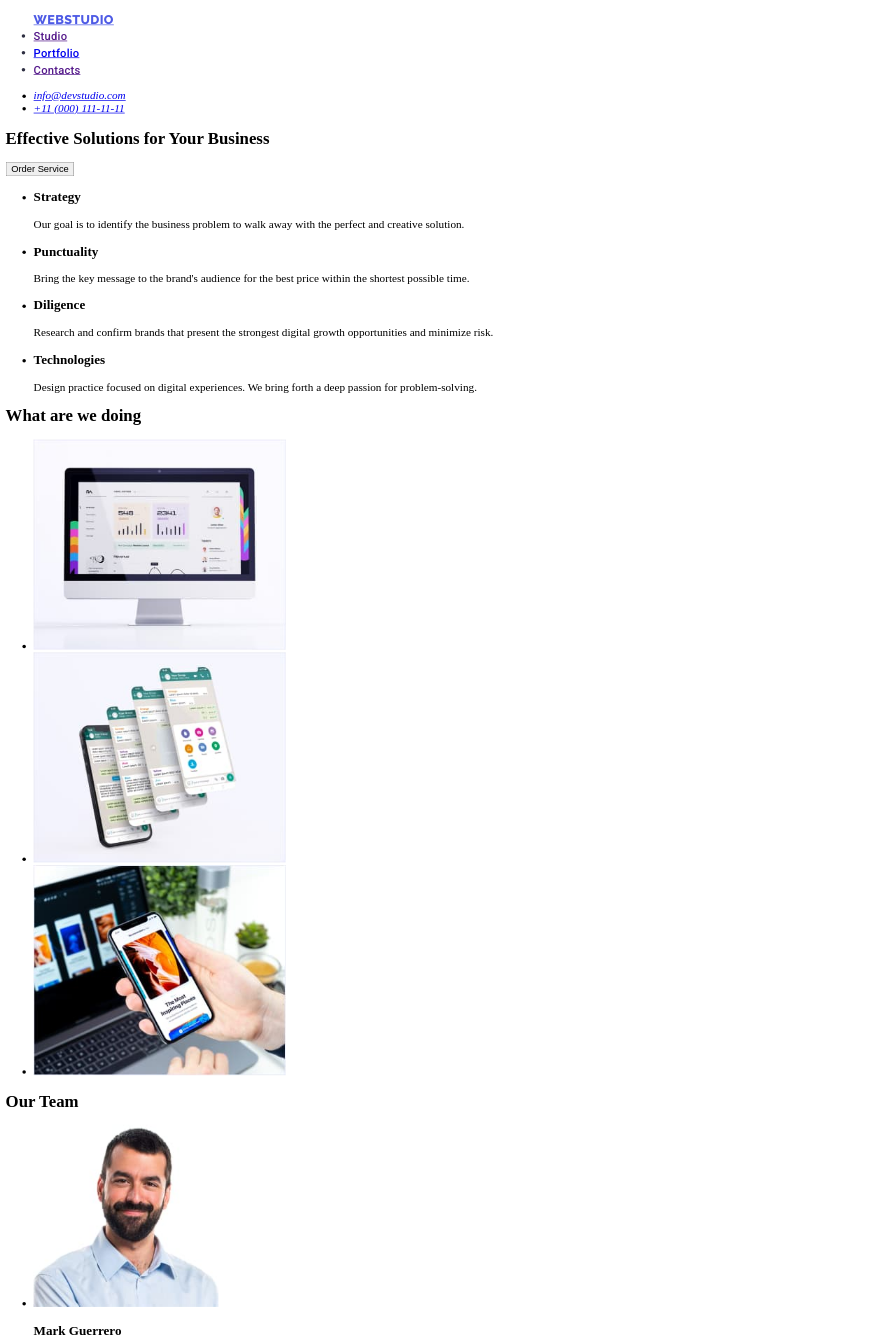
Repository: GrishchenkoNataliya/goit-markup-hw-02
Page: index.html
An editor plug-in stored every save of this project. The page is shown before and after the next save, followed by the edit.
The browser window is 1280 px wide. The pictures show the part of the page from y = 0 to 1920 px (the page is 3105 px tall before and 3113 px after), at 70% of full size.

Above is the page before, as saved 2023-03-04 00:03:42.

### index.html
<!DOCTYPE html>
<html lang="en">
  <head>
    <meta charset="UTF-8" />
    <meta http-equiv="X-UA-Compatible" content="IE=edge" />
    <meta name="viewport" content="width=device-width, initial-scale=1.0" />

    <link rel="preconnect" href="https://fonts.googleapis.com" />
    <link rel="preconnect" href="https://fonts.gstatic.com" crossorigin />
    <link
      href="https://fonts.googleapis.com/css2?family=Raleway:wght@800&family=Roboto+Mono:wght@600&family=Roboto:wght@400;500;700&display=swap"
      rel="stylesheet"
    />
    <link rel="stylesheet" href="./css/styles.css" />
    <title>homework_2</title>
  </head>
  <body class="body">
    <header class="header">
      <nav class="header-nav">
        <ul class="header-list">
          <a class="header-logo" href="./index.html">WebStudio</a>
          <li class="header-item">
            <a
              class="header-list"
              href=""
              target="_blank"
              rel="noopener noreferrer nofollow"
              >Studio</a
            >
          </li>
          <li class="header-item-portfolio">
            <a
              class="header-list"
              href="./portfolio/portfolio.html"
              target="_blank"
              rel="noopener noreferrer nofollow"
              >Portfolio</a
            >
          </li>
          <li class="header-item">
            <a
              class="header-list"
              href=""
              target="_blank"
              rel="noopener noreferrer nofollow"
              >Contacts</a
            >
          </li>
        </ul>
      </nav>
      <address class="address">
        <ul class="address-list">
          <li class="address-mail">
            <a href="mailto:info@devstudio.com">info@devstudio.com</a>
          </li>
          <li class="address-tel">
            <a href="tel:+110001111111">+11 (000) 111-11-11</a>
          </li>
        </ul>
      </address>
    </header>
    <main>
      <section class="hero">
        <h1>Effective Solutions for Your Business</h1>
        <button class="hero-btn" type="button">Order Service</button>
        <!-- Dark-bg -->
      </section>
      <section class="feature1">
        <h2 hidden>Большой заголовок</h2>
        <ul class="feature1-list">
          <li class="feature1-item">
            <h3 class="feature1-title">Strategy</h3>
            <p class="feature1-text">
              Our goal is to identify the business problem to walk away with the
              perfect and creative solution.
            </p>
          </li>
          <li class="feature1-item">
            <h3 class="feature1-title">Punctuality</h3>
            <p class="feature1-text">
              Bring the key message to the brand's audience for the best price
              within the shortest possible time.
            </p>
          </li>
          <li class="feature1-item">
            <h3 class="feature1-title">Diligence</h3>
            <p class="feature1-text">
              Research and confirm brands that present the strongest digital
              growth opportunities and minimize risk.
            </p>
          </li>
          <li class="feature1-item">
            <h3 class="feature1-title">Technologies</h3>
            <p class="feature1-text">
              Design practice focused on digital experiences. We bring forth a
              deep passion for problem-solving.
            </p>
          </li>
        </ul>
      </section>
      <section class="feature2">
        <h2 class="feature2-title">What are we doing</h2>
        <ul class="feature2-list">
          <li class="feature2-item">
            <img
              src="./images/pages1/Rectangle71-1.jpg"
              alt="Rectangle 71-1"
              width="360"
            />
          </li>
          <li class="feature2-item">
            <img
              src="./images/pages1/Rectangle71-2.jpg"
              alt="Rectangle 71-2"
              width="360"
            />
          </li>
          <li class="feature2-item">
            <img
              src="./images/pages1/Rectangle71-3.jpg"
              alt="Rectangle 71-3"
              width="360"
            />
          </li>
        </ul>
      </section>
      <section>
        <h2>Our Team</h2>
        <ul>
          <li>
            <img
              src="./images/pages1/img1.jpg"
              alt="Mark Guerrero"
              width="264"
            />
            <h3>Mark Guerrero</h3>
            <p>Product Designer</p>
          </li>
          <li>
            <img src="./images/pages1/img2.jpg" alt="Tom Ford" width="264" />
            <h3>Tom Ford</h3>
            <p>Frontend Developer</p>
          </li>
          <li>
            <img
              src="./images/pages1/img3.jpg"
              alt="Camila Garcia"
              width="264"
            />
            <h3>Camila Garcia</h3>
            <p>Marketing</p>
          </li>
          <li>
            <img
              src="./images/pages1/img4.jpg"
              alt="Daniel Wilson"
              width="264"
            />
            <h3>Daniel Wilson</h3>
            <p>UI Designer</p>
          </li>
        </ul>
      </section>
    </main>
    <footer>
      <a href="./index.html">WebStudio</a>

      <p>
        Increase the flow of customers and sales for your business with digital
        marketing & growth solutions.
      </p>
      <!-- Dark-bg -->
    </footer>
  </body>
</html>

### css/styles.css
body {
  font-family: "Roboto Regular", sans-serif;
  font-family: open-;
}
/* @font-face {
  font-family: Roboto-500;
  src: url(../fonts/);
}
Підключення шрифта з папки fonts */

.header {
}
.header-nav {
}
.header-list {
}
.header-logo {
  font-family: "Raleway";
  font-style: normal;
  font-weight: 800;
  font-size: 18px;
  line-height: 1.33;

  display: flex;
  align-items: center;
  letter-spacing: 0.03em;
  text-transform: uppercase;

  color: #4d5ae5;
}
.header-item {
  font-family: "Roboto";
  font-style: normal;
  font-weight: 500;
  font-size: 16px;
  line-height: 1.5;
  letter-spacing: 0.02em;
  color: #2e2f42;
}
.header-item-portfolio {
  font-family: "Roboto";
  font-style: normal;
  font-weight: 500;
  font-size: 16px;
  line-height: 24px;
  /* identical to box height, or 150% */

  letter-spacing: 0.02em;

  /* NAVY BLUE */

  color: #2e2f42;
}
.address {
}
.address-list {
}
.address-mail {
}
.address-tel {
}

After the next save:
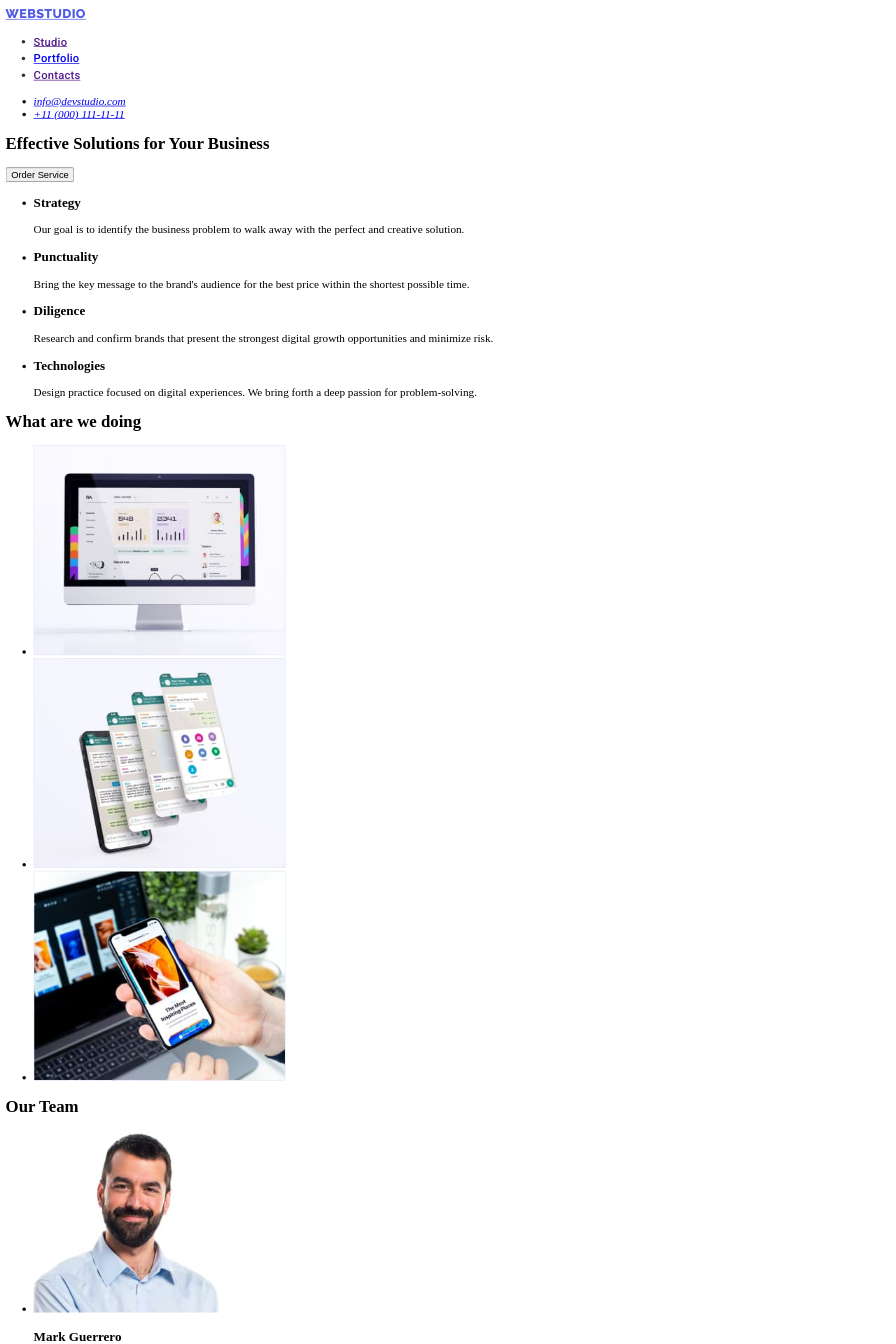
Saved 3 min 7 s later.
--- a/index.html
+++ b/index.html
@@ -16,9 +16,9 @@
   </head>
   <body class="body">
     <header class="header">
+      <a class="header-logo" href="./index.html">WebStudio</a>
       <nav class="header-nav">
         <ul class="header-list">
-          <a class="header-logo" href="./index.html">WebStudio</a>
           <li class="header-item">
             <a
               class="header-list"
